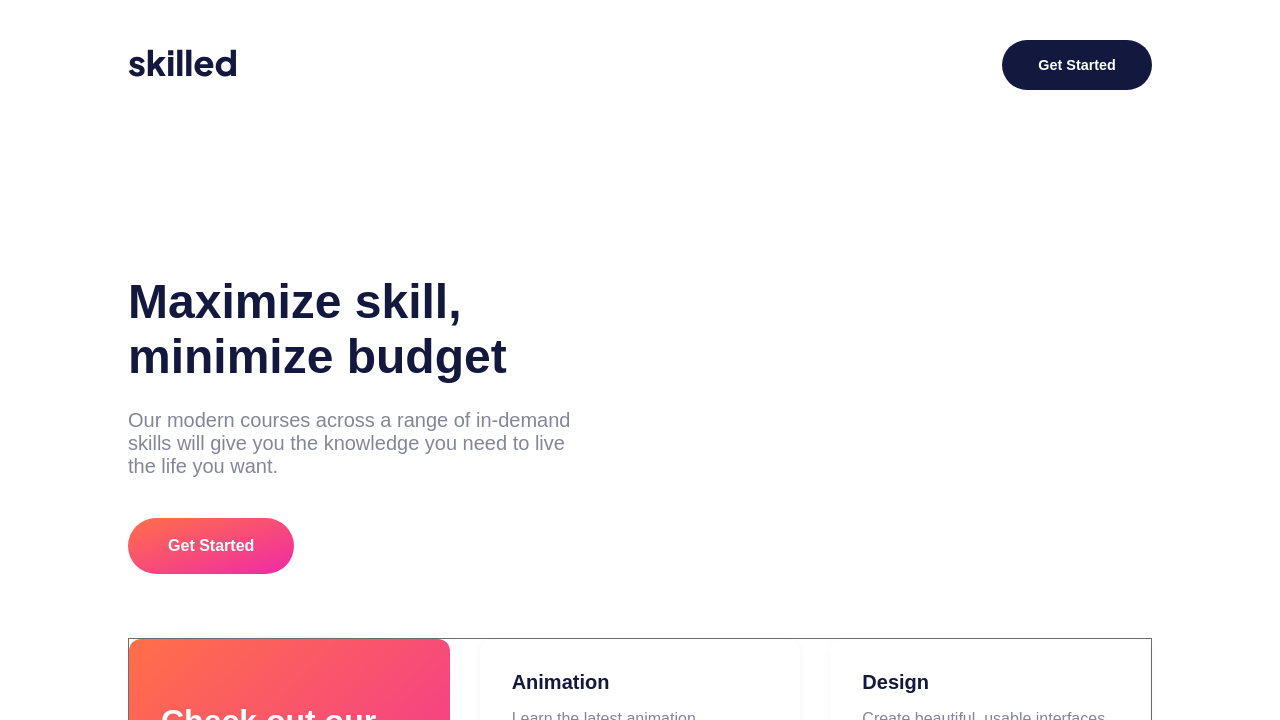
Repository: exe-walt/E-Learning-Landing-Page
Page: index.html
An editor plug-in stored every save of this project. The page is shown before and after the next save, followed by the edit.
The browser window is 1280 px wide. The pictures show the whole page.
An inner scrolling area shows only its first screen. Some web fonts or font styles are not loaded; a fallback is used.

Above is the page before, as saved 2025-05-29 12:49:16.

### index.html
<!DOCTYPE html> <!-- Document type declaration for HTML5 -->
<html lang="en">
<head>
  <meta charset="UTF-8"> <!-- Character encoding set to UTF-8 -->
  <meta name="viewport" content="width=device-width, initial-scale=1.0"> <!-- Responsive design meta tag -->
  <title>Skilled E-Learning Page</title> <!-- Page title -->
  <link rel="stylesheet" href="css/style.css"> <!-- Link to external CSS file -->
  <link href="https://fonts.cdnfonts.com/css/plus-jakarta-sans" rel="stylesheet"> <!-- Import custom font -->
</head>
<body>
  <div class="content-container"> <!-- Main content container -->

    <!-- NAVBAR SECTION -->
    <div class="navbar">
      <ul>
        <li id="logo">
          <img src="img/skilled-logo.svg" alt="logo">
        </li>
        <li class="navbar-btn">
          <button>Get Started</button> <!-- Call-to-action button -->
        </li>
      </ul>
    </div>

    <!-- HERO SECTION -->
    <div class="hero-section">
      <div class="hero-text">
        <h1>Maximize skill, <br>minimize budget</h1>

        <p>
          Our modern courses across a range of in-demand <br> skills will give you the knowledge you need to live <br> the life you want.
        </p>

        <button class="grad-btn1">Get Started</button>
      </div>
    </div>

    <!--Popular Courses Cards-->
    <div class="cc"> <!--Courses-Container top-->
      <div class="main-left">
        <p>Check out our <br>most popular <br>courses! </p>
      </div>
      <div class="card">
        <h3>Animation</h3>
          <p>Learn the latest animation techniques to create stunning motion design and captivate your audience.</p>
            <a href="#">Get Started</a>
      </div>
      <div class="card">
        <h3>Design</h3>
          <p>Create beautiful, usable interfaces to help shape the future of how the web looks.</p>
            <a href="#">Get Started</a>
      </div>
      <div class="card">
        <h3>Photography</h3>
          <p>Explore critical fundamentals like lighting, composition, and focus to capture exceptional photos.</p>
            <a href="#">Get Started</a>
      </div>
      <div class="card">
        <h3>Crypto</h3>
          <p>All you need to know to get started investing in crypto. Go from beginner to advanced with this 54 hour course.</p>
            <a href="#">Get Started</a>
      </div>
      <div class="card">
        <h3>Business</h3>
          <p>A step-by-step playbook to help you start, scale, and sustain your business without outside investment.</p>
            <a href="#">Get Started</a>
      </div>
    </div>




  </div>

</body>
</html>

### css/style.css
* {
  box-sizing: border-box;
  margin: 0;
  padding: 0;
  font-family: "Plus Jakarta Sans", sans-serif;
}

.navbar, .hero-section{
  background-image: url(../img/Group19.png);
}

body {
  font-family: "Plus Jakarta Sans", sans-serif;
  margin: 0;
  background-color: #ffffff;
}

html, body {
  height: 100%;
  width: 100%;
  overflow-x: hidden;
}

.content-container {
  background-color: #ffffff;
  max-width: 75em;
  width: 80%;
  height: auto;
  margin: 0 auto;
}

.navbar {
  display: flex;
  justify-content: space-between;
  align-items: center;
  background-color: white;
  margin-top: 2.5em;
}

.navbar ul {
  display: flex;
  align-items: center;
  justify-content: space-between;
  width: 100%;
  list-style: none;
}

#logo img {
  height: 1.75em;
  width: auto;
}

.navbar-btn button {
  background-color: #13183f;
  color: white;
  width: 10.4em;
  height: 3.5em;
  border: none;
  border-radius: 1.8em;
  padding: 0.6rem 1.5rem;
  font-weight: 600;
  font-size: 0.9rem;
  cursor: pointer;
  transition: background-color 0.3s ease;
}

.navbar-btn button:hover {
  background-color: #666CA3;
}

.hero-section {
  display: flex;
}

.hero-text {
  margin-top: 11.5em;
}

.hero-text h1 {
  font-weight: 800; /* ExtraBold */
  font-size: 3rem;
  color: #13183f;
}

.hero-text p {
  font-weight: 400; /* Medium */
  font-size: 1.25rem;
  color: #83869a;
  padding-top: 1.25em;
}

.grad-btn1{
  width: 10.4em;
  height: 3.5em;
  border: none;
  border-radius: 1.8em;
  color: white;
  font-weight: 700;
  font-size: 1em;
  padding: 0.6rem 1.5rem;
  margin-top: 2.5em;
  background: linear-gradient(to bottom right, #FF6F48, #F02AA6);
}

.cc{
  display: grid;
  gap: 10px 20px;
  grid-template-columns: repeat(3, 1fr);
  gap: 30px;
  border: 1px solid #6d6d6d;
  margin-top: 4em;
  background: linear-gradient(to bottom right, #FFFFFF, F0F1FF);
}


.main-left{
  border-radius: 12px;
  background: linear-gradient(to bottom right, #FF6F48, #F02AA6);; /* apply this gradient (#FF6F48 - F02AA6) */
}

.main-left p{
  font-size: 2em;
  font-weight: bolder;
  color: white;
  padding-top: 64px;
  padding-left: 32px;
  padding-right: 32px;
  padding-bottom: 138px;
  justify-content: center;
}

.card {
  border-radius: 12px;
  background-color: white;
  box-shadow: 0 4px 10px rgba(0, 0, 0, 0.05);
  padding: 2em;
  display: flex;
  flex-direction: column;
  justify-content: space-between;
  gap: 1em;
}

.card h3 {
  font-size: 1.25rem;
  color: #13183f;
  }

.card p {
  color: #83869a;
  font-size: 1rem;
  flex-grow: 1;
}

.card a {
  color: #f74780;
  font-weight: bold;
  text-decoration: none;
}

After the next save:
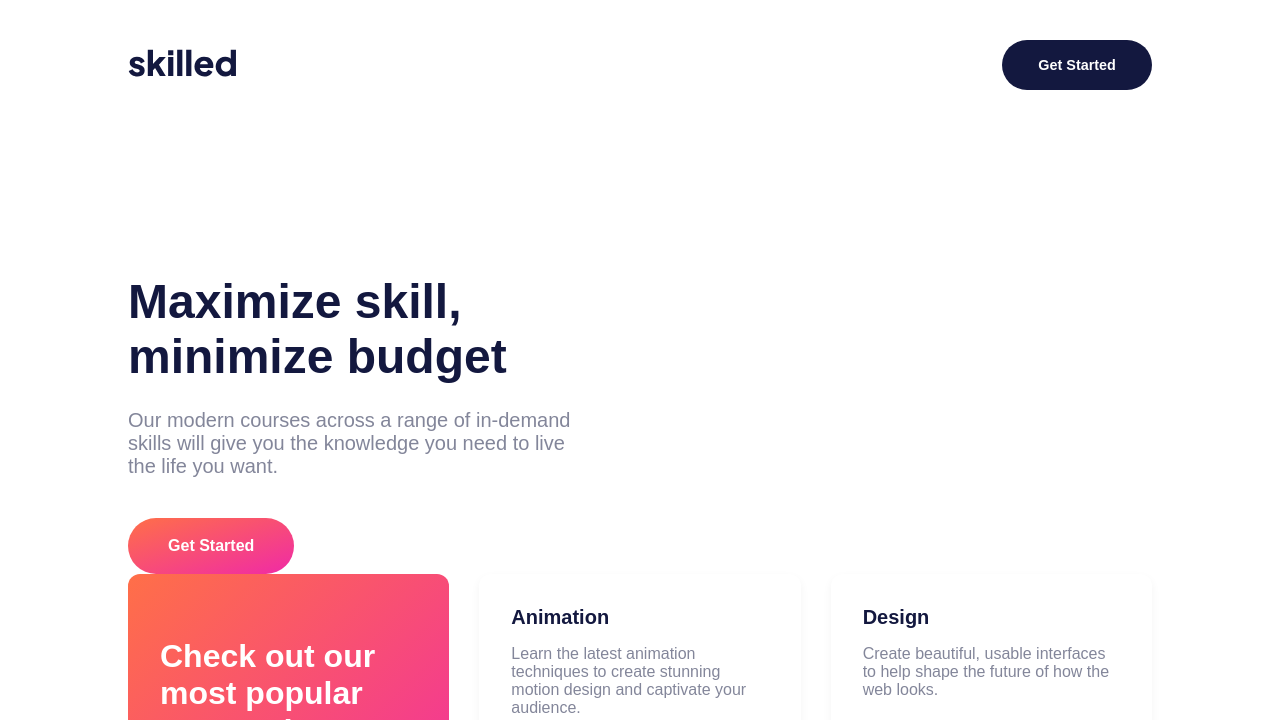
Saved 81 s later.
--- a/css/style.css
+++ b/css/style.css
@@ -107,8 +107,7 @@
   gap: 10px 20px;
   grid-template-columns: repeat(3, 1fr);
   gap: 30px;
-  border: 1px solid #6d6d6d;
-  margin-top: 4em;
+
   background: linear-gradient(to bottom right, #FFFFFF, F0F1FF);
 }
 

After the save that followed:
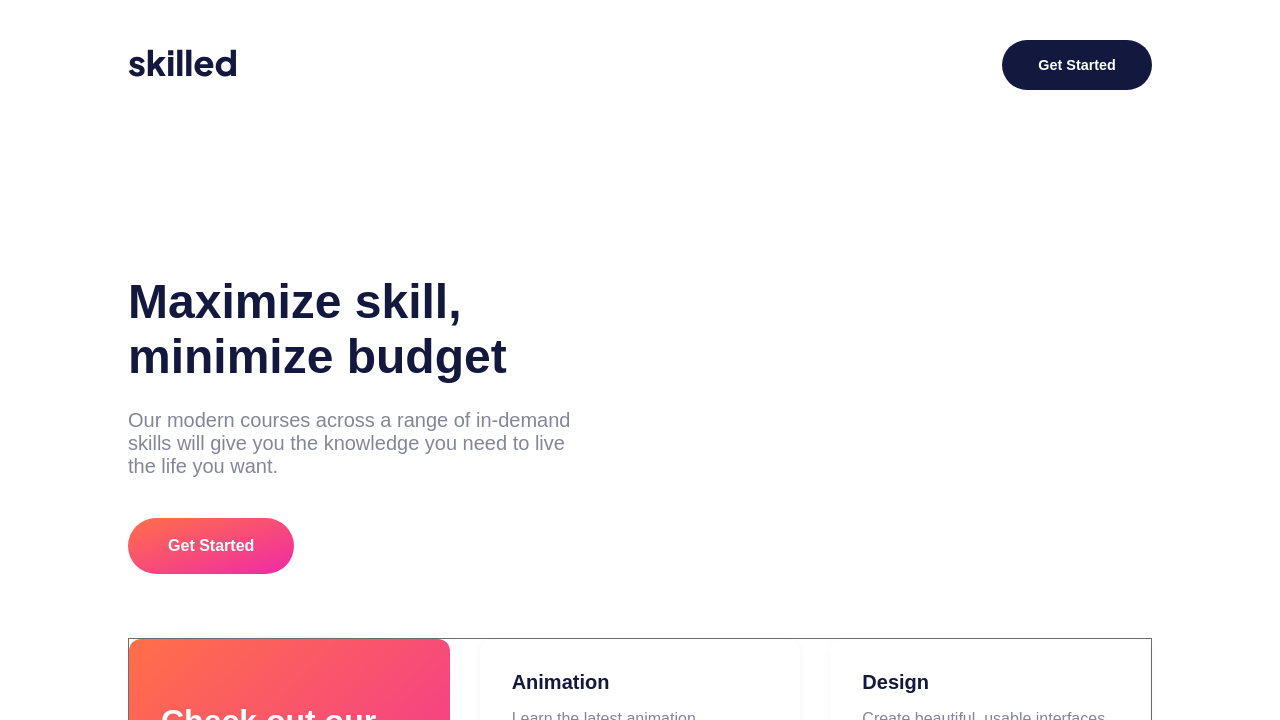
Saved 6 s later.
--- a/css/style.css
+++ b/css/style.css
@@ -107,7 +107,8 @@
   gap: 10px 20px;
   grid-template-columns: repeat(3, 1fr);
   gap: 30px;
-
+  border: 1px solid #6d6d6d;
+  margin-top: 4em;
   background: linear-gradient(to bottom right, #FFFFFF, F0F1FF);
 }
 
